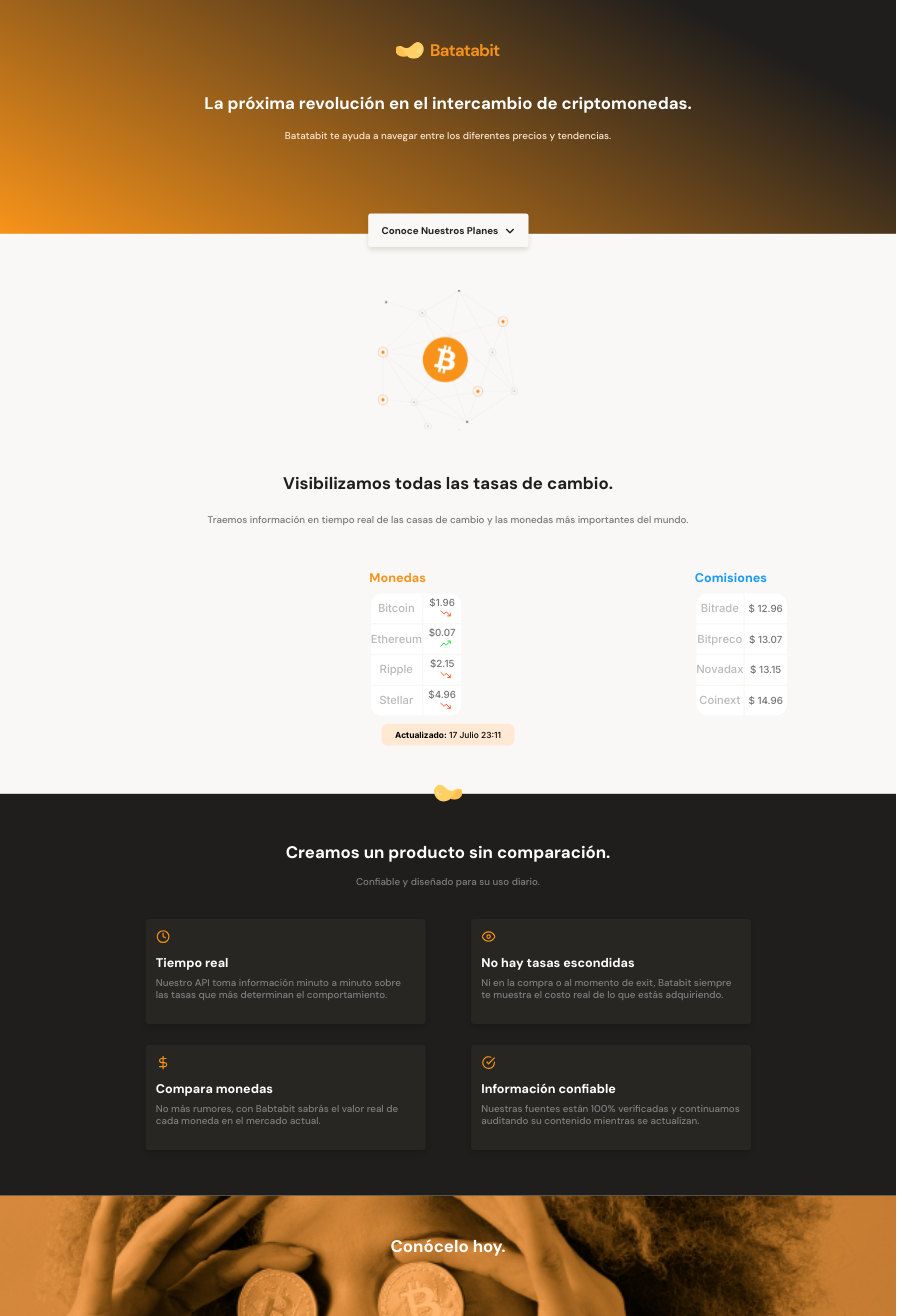
Repository: Pandrea-hub/Batatabit
Page: index.html
The author's editor kept a copy of each file at every save. The page is drawn from the files as they stood at one save, then again after the next save.
The browser window is 1280 px wide. The page is 1320 px wide, then 1280 px, so the pictures cover 1320 px, including what lies to the right of the window. The pictures show the part of the page from y = 0 to 1880 px (the page is 2778 px tall), at 70% of full size.

Above is the page before, as saved 2022-04-20 21:50:08.

After the next save:
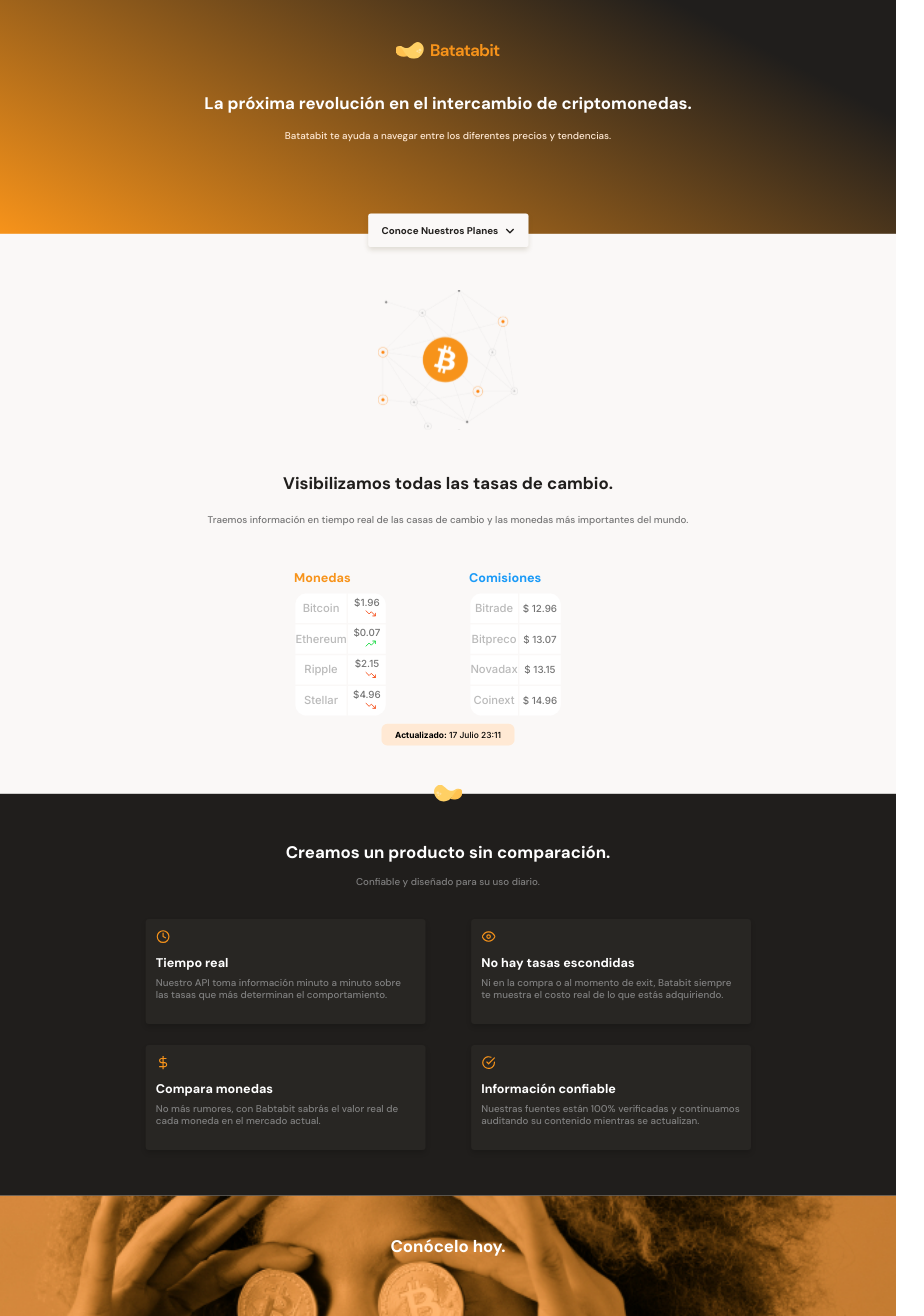
Saved 5 min 51 s later.
--- a/css/tablet.css
+++ b/css/tablet.css
@@ -1,6 +1,6 @@
 .currency-table{
     display: flex;
-    width: 930px;
+
     margin: 0 auto;
 
 }
@@ -17,6 +17,7 @@
 #table1,
 #table2{
     display: flex;
+    width: 930px;
 
 
 }
